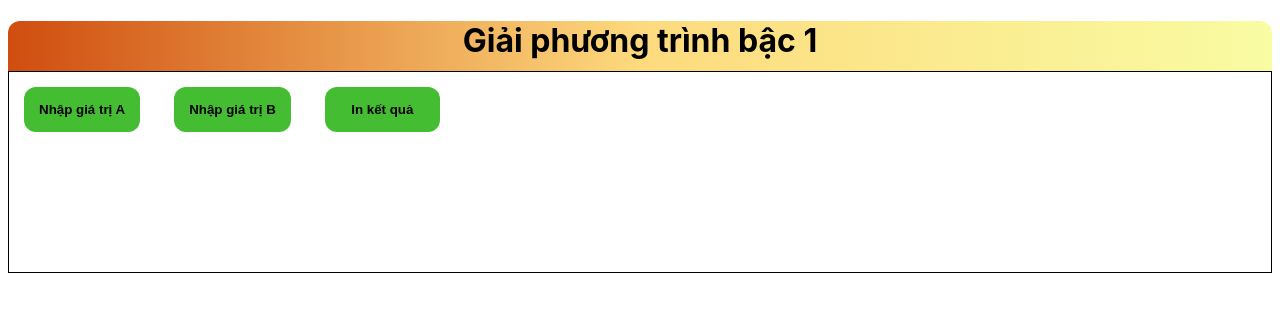
Repository: AnhDuc0125/HTML-Aptech
Page: bt2018/index.html
An editor plug-in stored every save of this project. The page is shown before and after the next save, followed by the edit.
The browser window is 1280 px wide. The pictures show the whole page.

Above is the page before, as saved 2021-11-26 22:01:00.

After the next save:
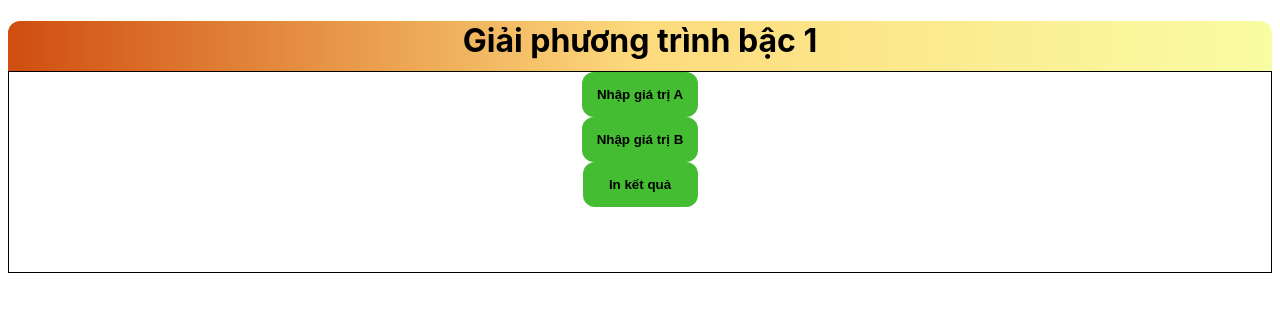
Saved 115 s later.
--- a/bt2018/index.html
+++ b/bt2018/index.html
@@ -30,6 +30,8 @@
             border: none;
             font-weight: bolder;
             border-radius: 12px;
+            display: block;
+            margin: 0 auto;
         }
 
         button:hover {
